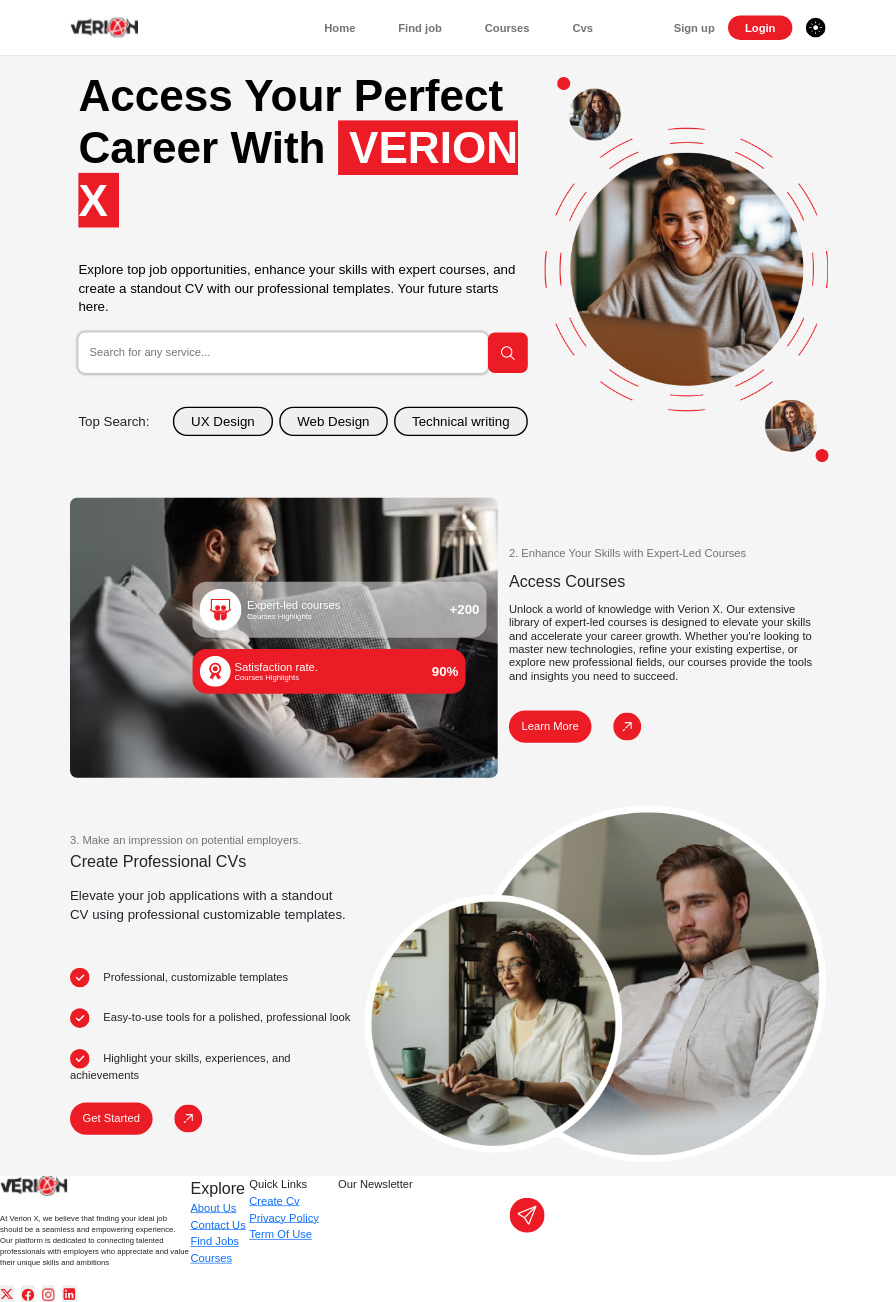
Repository: SahMenz/verionX
Page: /
The author's editor kept a copy of each file at every save. The page is drawn from the files as they stood at one save, then again after the next save.
The browser window is 1280 px wide. The pictures show the whole page, at 70% of full size.
The project was rebuilt for these pictures with package versions that can differ from the ones it lists, and the page was loaded fresh each time. Also part of the build but not shown: vite.config.js.

Above is the page before, as saved 2024-06-16 02:18:17.

After the next save:
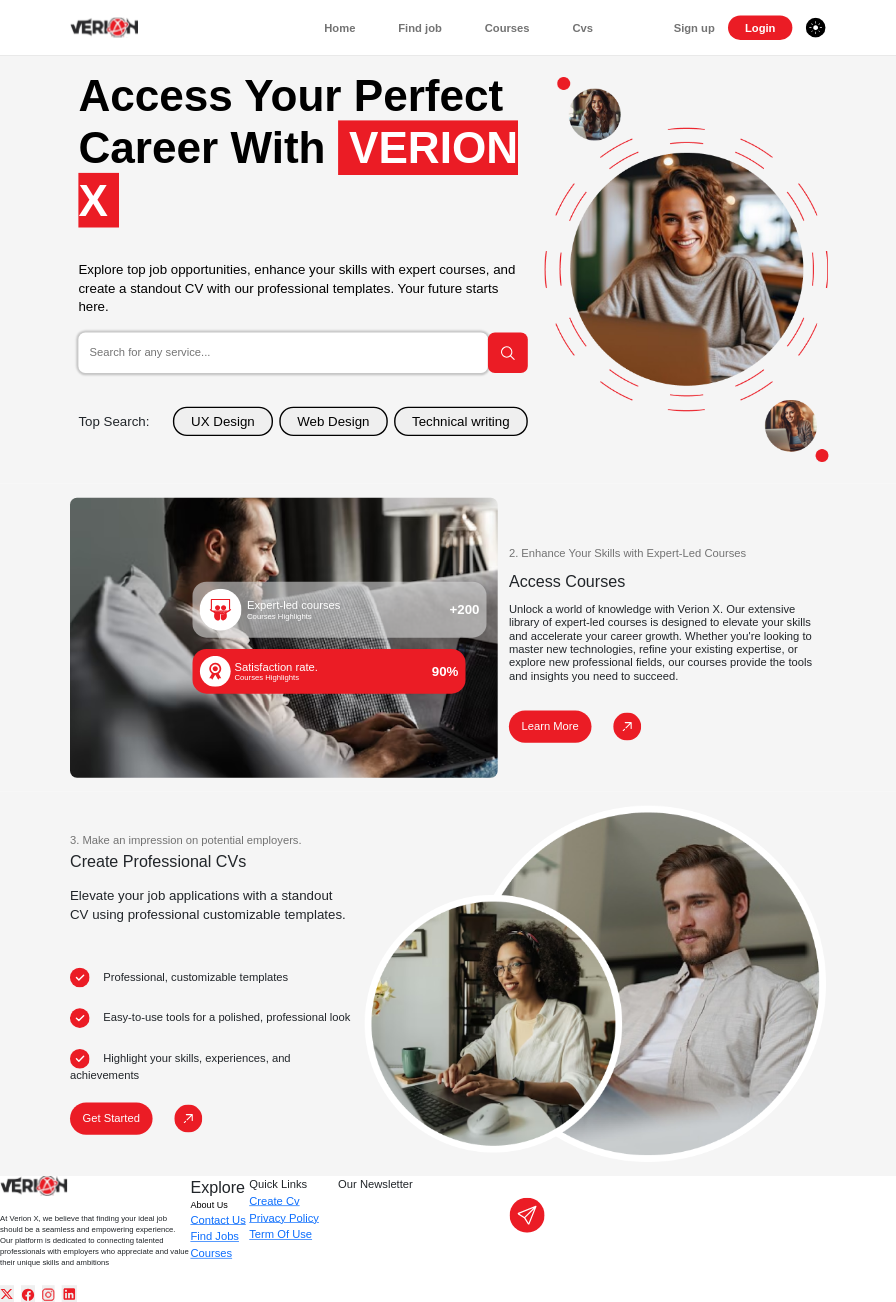
Saved 56 s later.
--- a/src/components/footer/footer.jsx
+++ b/src/components/footer/footer.jsx
@@ -19,8 +19,8 @@
             </div>
         </div>
         <div className='d-flex flex-column' style={{width:"84px"}}>
-            <div className='fw-500 txt-23 txt-32'>Explore</div>
-            <a href="#">About Us</a>
+            <div className='fw-500 txt-23 lh-32'>Explore</div>
+            <a href="#" className='txt-00 fw-400 txt-13 lh-18 text-decoration-none'>About Us</a>
             <a href="#">Contact Us</a>
             <a href="#">Find Jobs</a>
             <a href="#">Courses</a>
